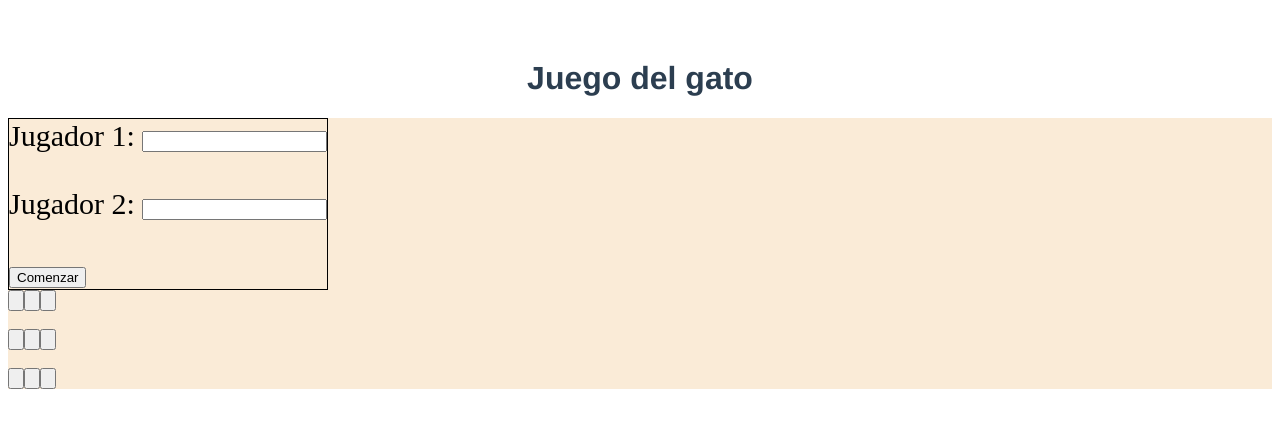
Repository: franciscamanquecheo/Taller-2
Page: / (app in vite-project/)
These files come from the project's save history. The page is drawn as it stood at one moment and after the next save; the edit follows.
The browser window is 1280 px wide. The pictures show the whole page.
The project was rebuilt for these pictures with package versions that can differ from the ones it lists, and the page was loaded fresh each time. Also part of the build but not shown: vite-project/vite.config.ts.

Above is the page before, as saved 2022-06-17 17:27:54.

After the next save:
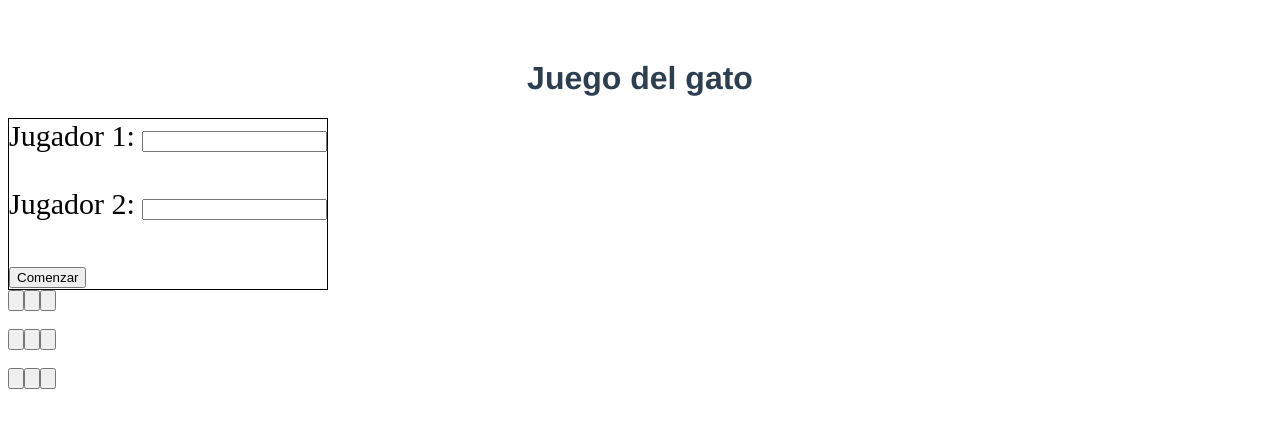
Saved 27 s later.
--- a/vite-project/src/App.vue
+++ b/vite-project/src/App.vue
@@ -62,10 +62,10 @@
 
 
 }
-section{
+template{
   display: inline-block;
   margin: 0 auto;
-  background-color:antiquewhite;
+
   width: 100%;
 }
 </style>

After the 3 saves that followed:
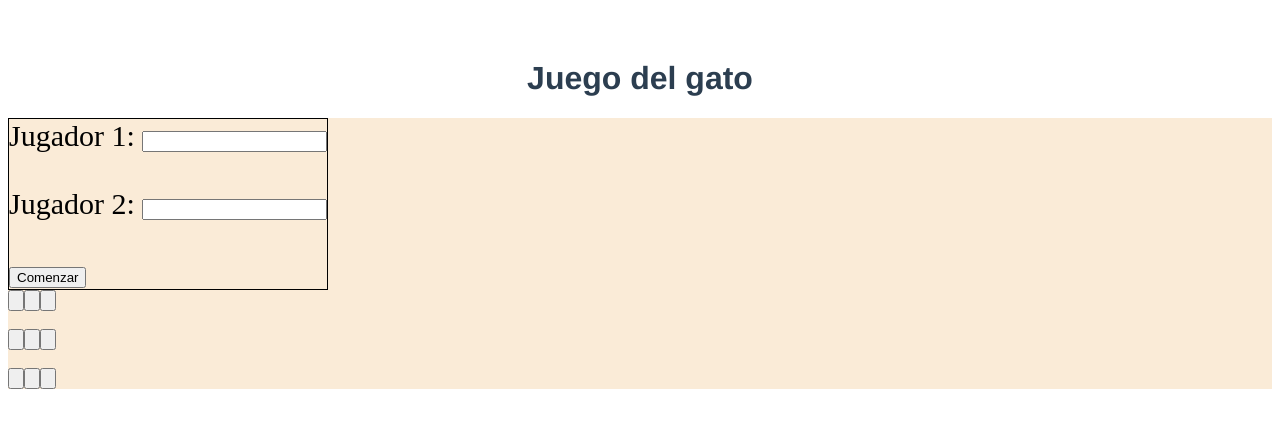
The 3 saves are shown as one change because 2 left the picture as it was.
The last was saved 62 s later.
--- a/vite-project/src/App.vue
+++ b/vite-project/src/App.vue
@@ -62,10 +62,10 @@
 
 
 }
-template{
+section{
   display: inline-block;
   margin: 0 auto;
-
+  background-color:antiquewhite;
   width: 100%;
 }
 </style>
